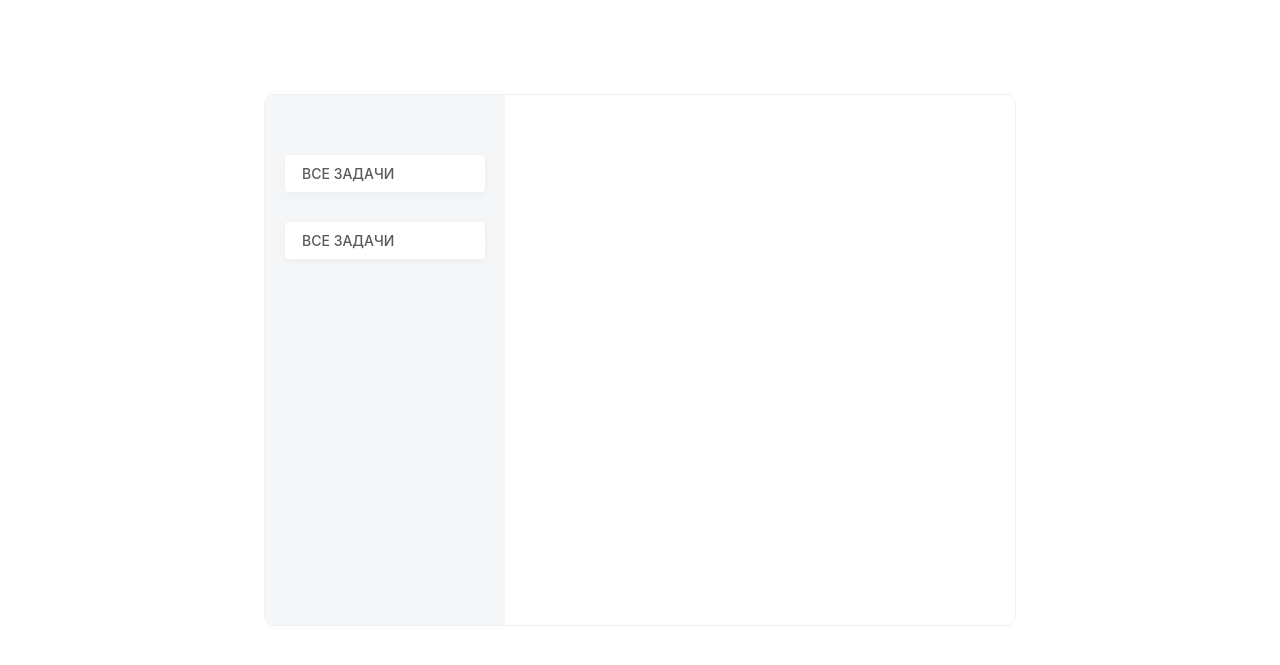
Repository: AzimAzimov/Todo
Page: /
These files come from the project's save history. The page is drawn as it stood at one moment and after the next save; the edit follows.
The browser window is 1280 px wide. The pictures show the whole page.
The project was rebuilt for these pictures with package versions that can differ from the ones it lists, and the page was loaded fresh each time.

Above is the page before, as saved 2023-02-17 19:07:15.

### src/index.js
import React from 'react';
import ReactDOM from 'react-dom/client';
import './scss/index.scss';
import App from './App';

const root = ReactDOM.createRoot(document.getElementById('root'));
root.render(
  <React.StrictMode>
    <App />
  </React.StrictMode>
);

### src/scss/index.scss
@import "_normalize.scss";

body {
  margin: 0;
  font-family: -apple-system, BlinkMacSystemFont, 'Segoe UI', 'Montserrat', 'Oxygen',
    'Ubuntu', 'Cantarell', 'Fira Sans', 'Droid Sans', 'Helvetica Neue',
    sans-serif;
  -webkit-font-smoothing: antialiased;
  -moz-osx-font-smoothing: grayscale;
}

.todo {
  position: absolute;
  left: 50%;
  top: 50%;
  width: 750px;
  height: 530px;
  transform: translate(-50%, -50%);
  border: 1px solid #f1f1f1;
  border-radius: 10px;
  overflow: hidden;
  font-size: 14px;
  // background-color: #F4F6F8;
  &__sidebar {
    background: #F4F6F8;
    width: 200px;
    height: 100%;
    padding: 60px 20px;
  }

}

### src/App.js

import List from './components/sidebar/List';
import './scss/index.scss';


function App() {
  return (
    <div className="todo">
      <div className="todo__sidebar">
        <List items={[
          {
            icon: (
              <svg width="18" height="18" viewBox="0 0 18 18" fill="none" xmlns="http://www.w3.org/2000/svg">
                <path d="M12.96 8.10001H7.74001C7.24321 8.10001 7.20001 8.50231 7.20001 9.00001C7.20001 9.49771 7.24321 9.90001 7.74001 9.90001H12.96C13.4568 9.90001 13.5 9.49771 13.5 9.00001C13.5 8.50231 13.4568 8.10001 12.96 8.10001V8.10001ZM14.76 12.6H7.74001C7.24321 12.6 7.20001 13.0023 7.20001 13.5C7.20001 13.9977 7.24321 14.4 7.74001 14.4H14.76C15.2568 14.4 15.3 13.9977 15.3 13.5C15.3 13.0023 15.2568 12.6 14.76 12.6ZM7.74001 5.40001H14.76C15.2568 5.40001 15.3 4.99771 15.3 4.50001C15.3 4.00231 15.2568 3.60001 14.76 3.60001H7.74001C7.24321 3.60001 7.20001 4.00231 7.20001 4.50001C7.20001 4.99771 7.24321 5.40001 7.74001 5.40001ZM4.86001 8.10001H3.24001C2.74321 8.10001 2.70001 8.50231 2.70001 9.00001C2.70001 9.49771 2.74321 9.90001 3.24001 9.90001H4.86001C5.35681 9.90001 5.40001 9.49771 5.40001 9.00001C5.40001 8.50231 5.35681 8.10001 4.86001 8.10001ZM4.86001 12.6H3.24001C2.74321 12.6 2.70001 13.0023 2.70001 13.5C2.70001 13.9977 2.74321 14.4 3.24001 14.4H4.86001C5.35681 14.4 5.40001 13.9977 5.40001 13.5C5.40001 13.0023 5.35681 12.6 4.86001 12.6ZM4.86001 3.60001H3.24001C2.74321 3.60001 2.70001 4.00231 2.70001 4.50001C2.70001 4.99771 2.74321 5.40001 3.24001 5.40001H4.86001C5.35681 5.40001 5.40001 4.99771 5.40001 4.50001C5.40001 4.00231 5.35681 3.60001 4.86001 3.60001Z" fill="black"/>
              </svg>
            ),
            name: 'Все задачи',
          }
        ]} />
        <List items={[
          {
            color: 'green',
            name: 'Покупки',
            active: true,
          },
          {
            color: 'blue',
            name: 'Фронт',
          },
          {
            color: 'pink',
            name: 'Фильмы и дрочка',
          },
        ]} />
      </div>
      <div className='todo__tasks'></div>
    </div>
  );
}

export default App;

### src/scss/_normalize.scss
* {
  padding: 0;
  margin: 0;
  list-style: none;
  outline: none;
}

html {
  -ms-text-size-adjust: 100%;
  -webkit-text-size-adjust: 100%;
}

body {
  -moz-osx-font-smoothing: grayscale;
  -webkit-font-smoothing: antialiased;

}

a,
span,
p,
b,
h1,
h2,
h3,
h4,
h5 {
  margin: 0;
  padding: 0;
  text-decoration: none
}

h1 {
  font-size: 48px;
}

h2 {
  font-weight: 600;
  font-size: 28px;
  line-height: 30px;
}

a {
  text-decoration: none;
}

### src/components/sidebar/List.jsx
import React from 'react'

import './List.scss';

const List = () => {
  return (
    <ul className='todo__list'>
      <li className='active'>
        <i>

        </i>
        <span>Все задачи</span>
      </li>
    </ul>
  )
}

export default List

### src/components/sidebar/List.scss
.todo__list {
  margin-bottom: 30px;
  li {
    display: flex;
    align-items: center;
    gap: 5px;
    padding: 10px 12px;
    margin-bottom: 5px;
    cursor: pointer;
    &.active {
      background: #FFFFFF;
      box-shadow: 0px 2px 10px rgba(0, 0, 0, 0.04);
      border-radius: 4px;
    }

    i {
      display: inline-flex;
      svg {
        path {
          fill: #7C7C7C;
        }
      }
    }

    span {
      text-transform: uppercase;
      font-weight: 500;
      color: #595959;
    }
  }

  .badge {
    width: 10px;
    height: 10px;
    border-radius: 50%;
    &__green {
      background-color: #42B883;
    }

    &__blue {
      background-color: #64C4ED;
    }

    &__pink {
      background-color: #FFBBCC;
    }
  }
}

Loaded but not shown: public/index.html (common file)

After the next save:
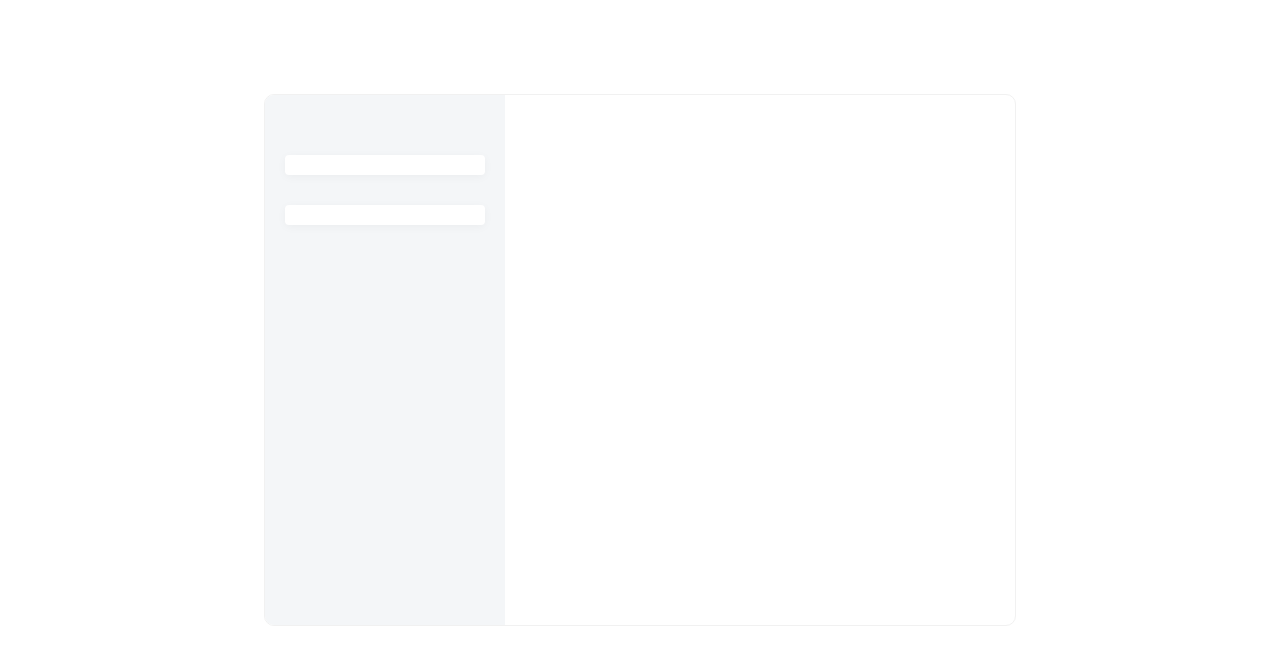
Saved 34 s later.
--- a/src/components/sidebar/List.jsx
+++ b/src/components/sidebar/List.jsx
@@ -9,7 +9,7 @@ const List = () => {
         <i>
 
         </i>
-        <span>Все задачи</span>
+        <span></span>
       </li>
     </ul>
   )
